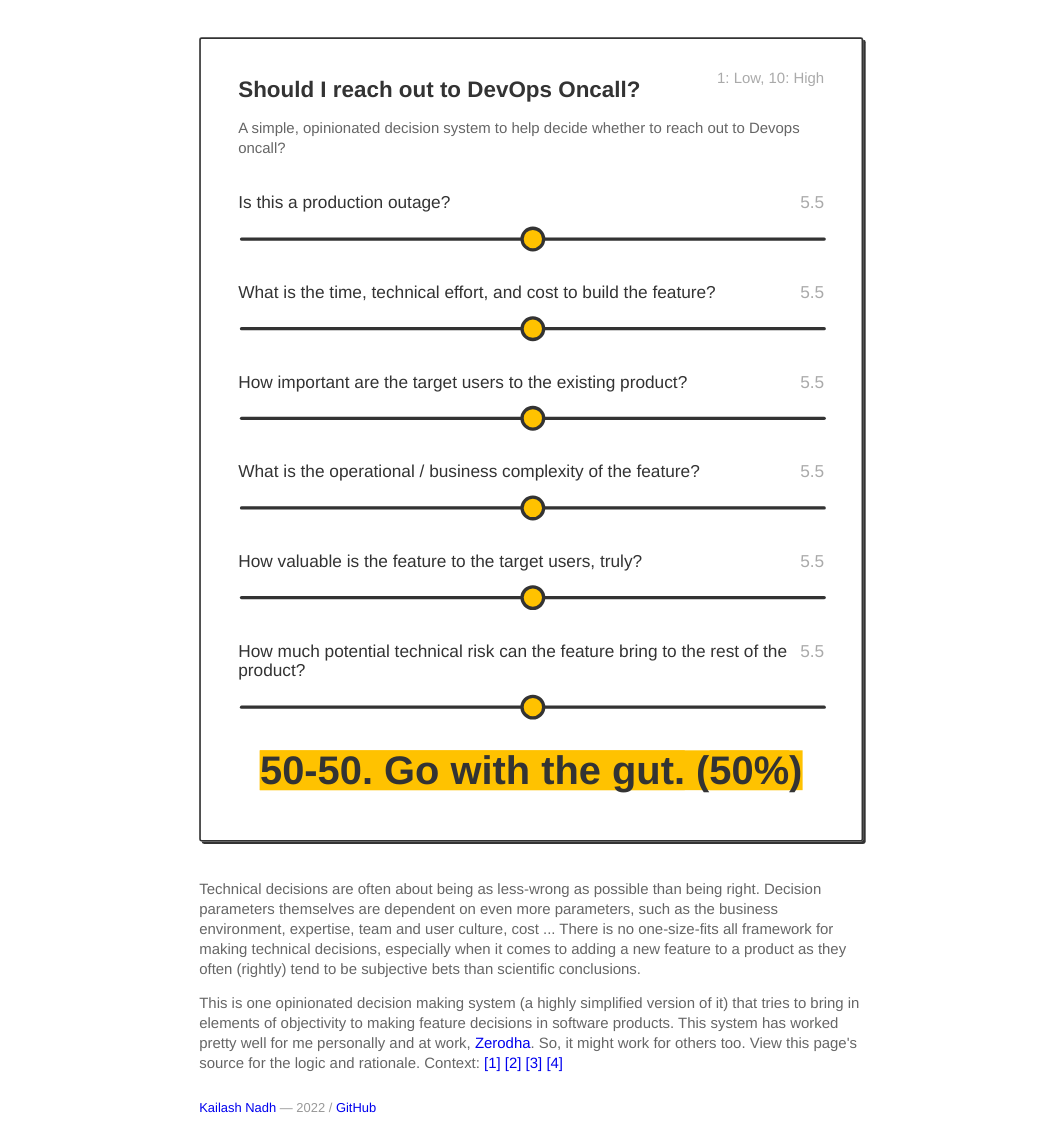
Repository: harishbsrinivas/dont.call
Page: index.html
An editor plug-in stored every save of this project. The page is shown before and after the next save, followed by the edit.
The browser window is 1280 px wide. The pictures show the whole page, at 83% of full size.

Above is the page before, as saved 2022-12-03 17:00:10.

After the next save:
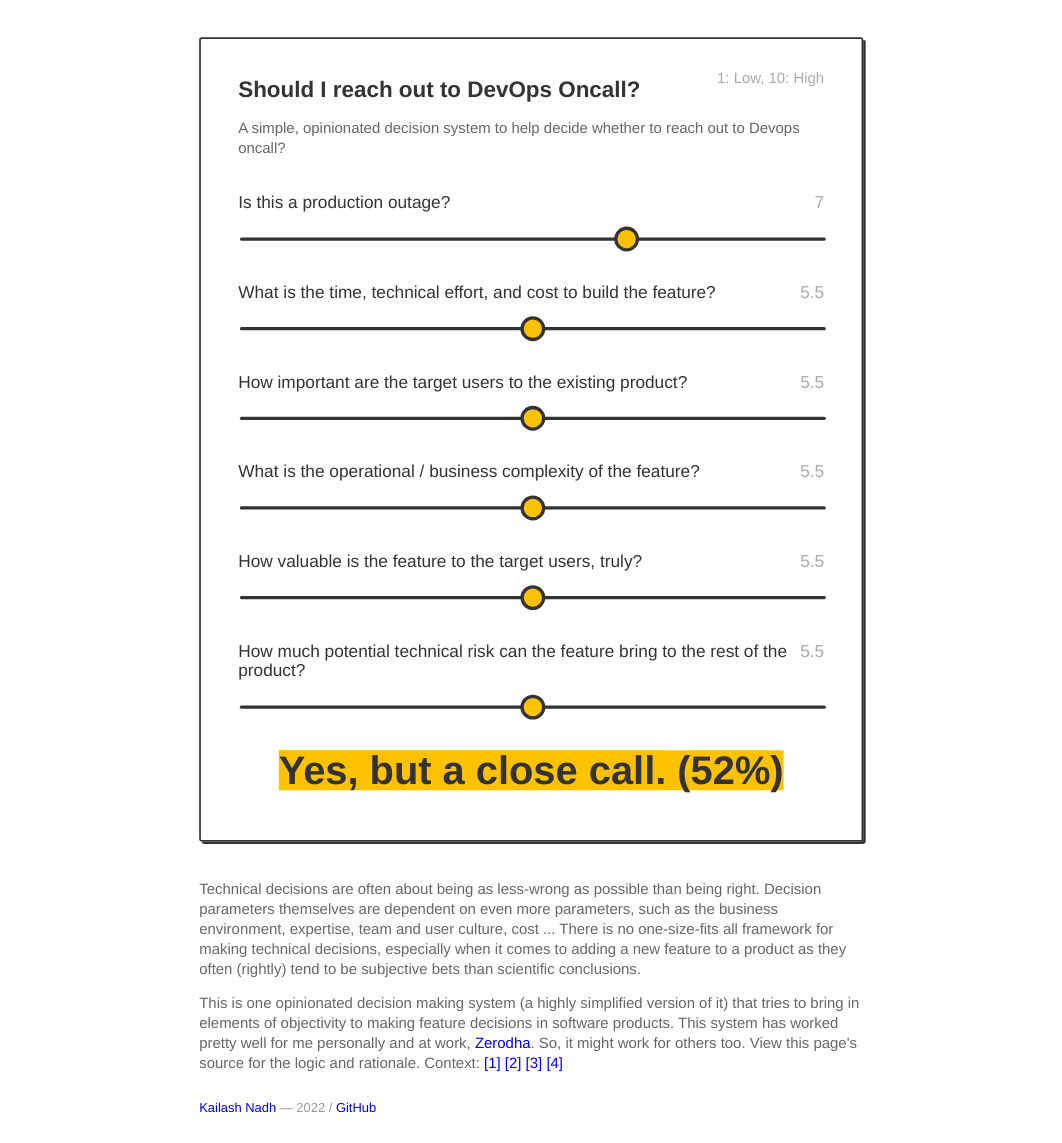
Saved 46 s later.
--- a/index.html
+++ b/index.html
@@ -24,7 +24,7 @@
                 <fieldset class="p-users">
                     <span class="value"></span>
                     <label>Is this a production outage?</label>
-                    <input type="range" min="1" max="10" step="0.5" value="8" />
+                    <input type="range" min="1" max="10" step="3" value="6" />
                 </fieldset>
                 <fieldset class="p-effort">
                     <span class="value"></span>
